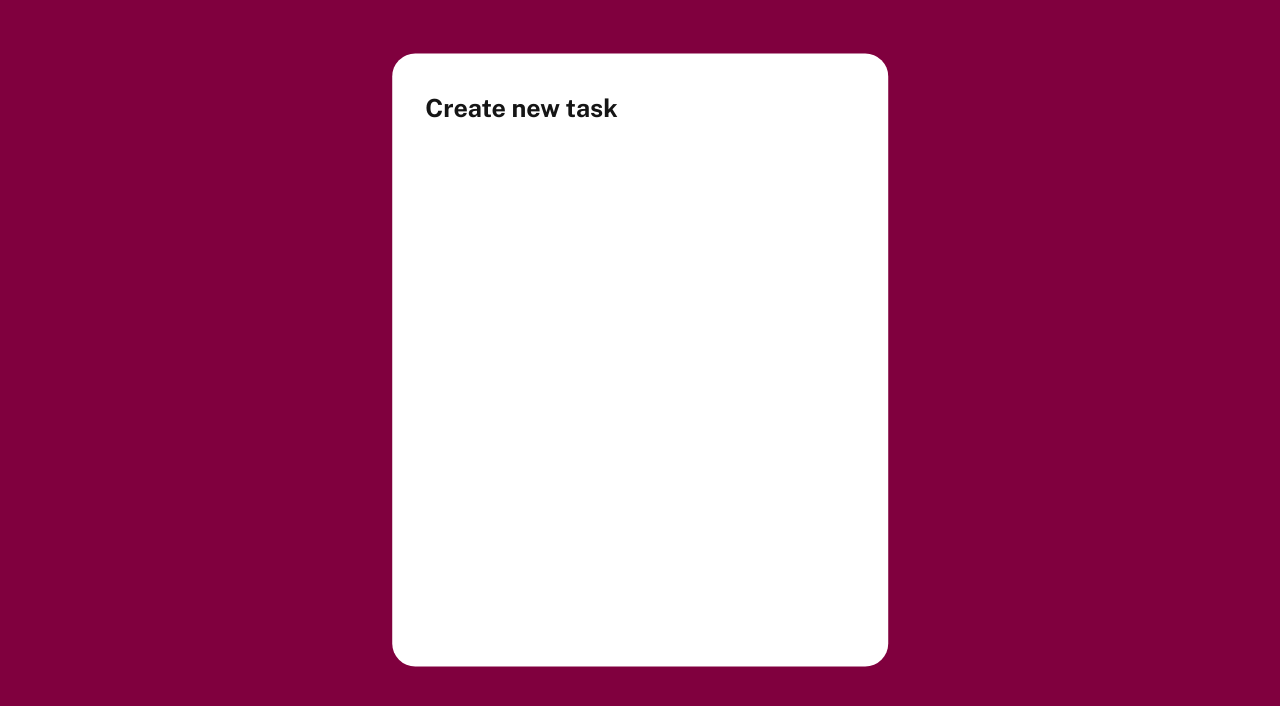
Repository: MorgunovaAlexandra/verstka-form
Page: index.html
An editor plug-in stored every save of this project. The page is shown before and after a run of saves, followed by the edit.
The browser window is 1280 px wide. The pictures show the whole page.
The style sheet was rebuilt from its Sass, Less or Tailwind sources for each picture, by a compiler version that may differ from the author's.

Above is the page before, as saved 2022-06-24 12:12:04.

After the next 2 saves:
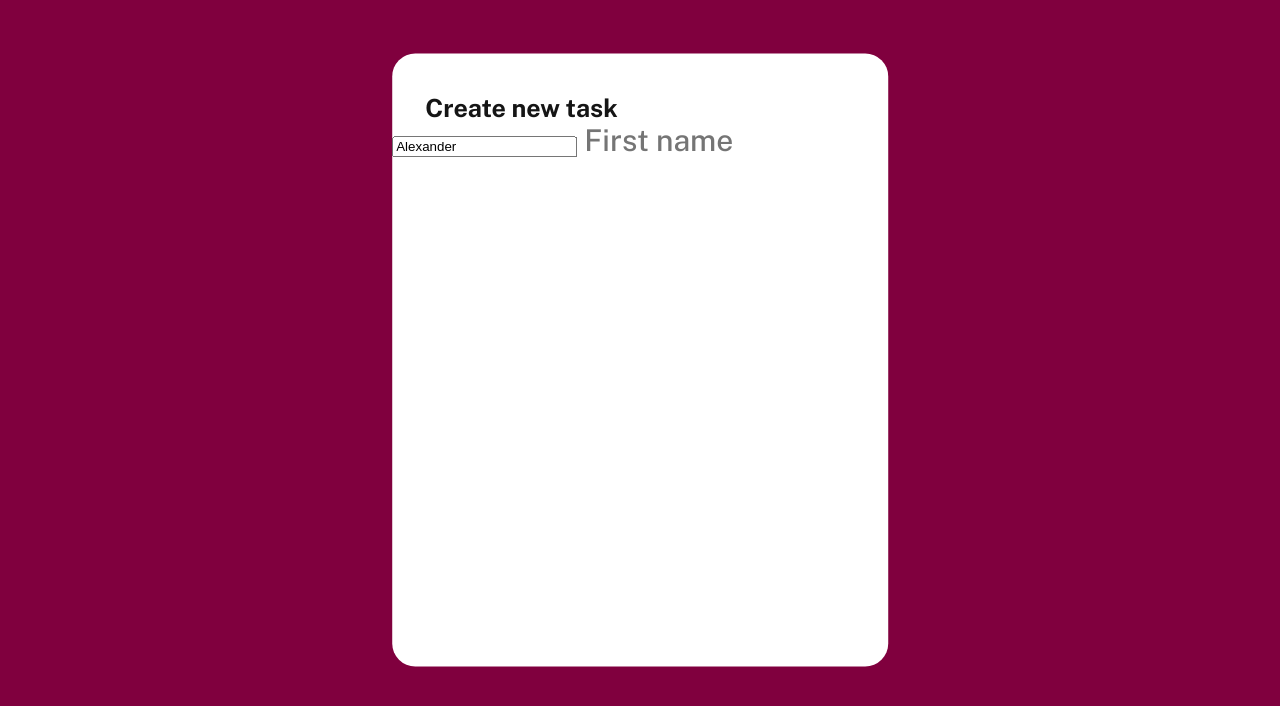
The 2 saves are shown as one change because they came seconds apart.
The last was saved 5 min 9 s later.
--- a/index.html
+++ b/index.html
@@ -12,6 +12,11 @@
        <div class="form">
            <div class="fieldset">
             <legend><b>Create new task</b></legend>
+            <div class="text-field text-field_floating-3">
+                <input class="text-field__input text-field__input_valid" type="text" name="firstname" id="firstname"
+                value="Alexander">
+                <label class="text-field__label" for="username">First name</label>
+              </div>
            </div>
        </div>
     </div>
